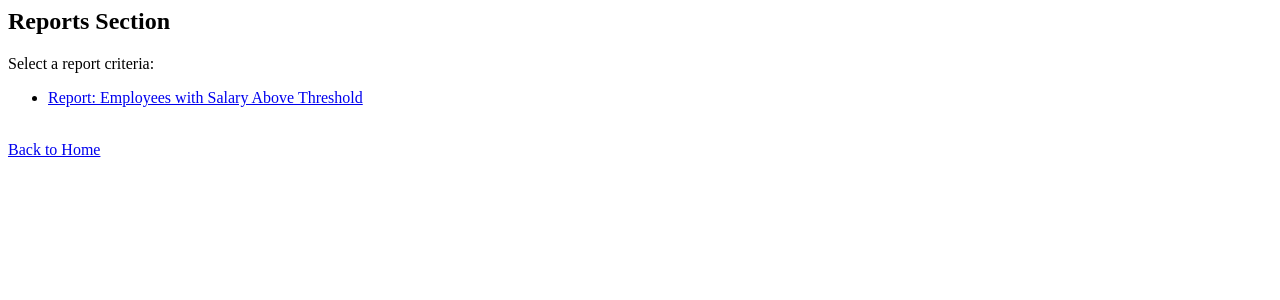
Repository: KUSUMA-74/Advance-JavaProject
Page: http://localhost/EmployeeWebApp/reports.jsp
An editor plug-in stored every save of this project. The page is shown before and after the next save, followed by the edit.
The browser window is 1280 px wide. The pictures show the whole page.
The page is served by Tomcat 9. Other server files are loaded and not shown.

Above is the page before, as saved 2025-05-30 06:31:09.

### EmployeeWebApp/src/main/webapp/reports.jsp
<%@ page language="java" contentType="text/html; charset=UTF-8" %>
<html>
<head><title>Employee Reports</title></head>
<body>
    <h2>Reports Section</h2>
    <p>Select a report criteria:</p>
    <ul>
        <li><a href="report_form.jsp">Report: Employees with Salary Above Threshold</a></li>
    </ul>
    <br>
    <a href="index.jsp">Back to Home</a>
</body>
</html>

After the next save:
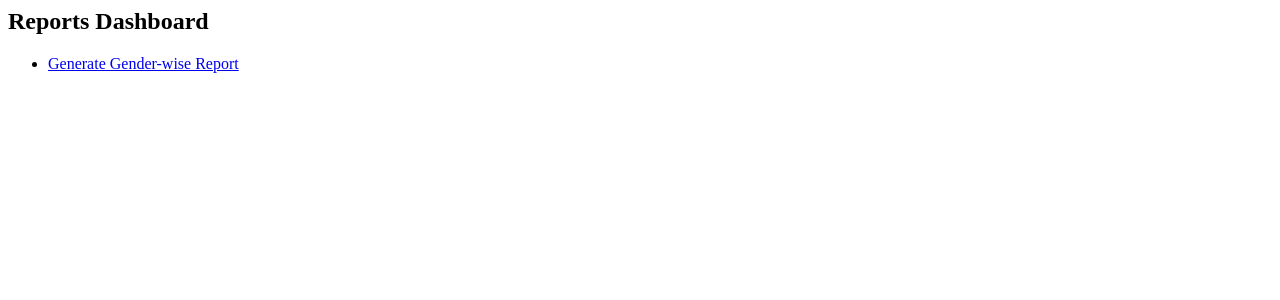
Saved 19 s later.
--- a/EmployeeWebApp/src/main/webapp/reports.jsp
+++ b/EmployeeWebApp/src/main/webapp/reports.jsp
@@ -1,13 +1,12 @@
-<%@ page language="java" contentType="text/html; charset=UTF-8" %>
+<%@ page contentType="text/html;charset=UTF-8" language="java" %>
 <html>
-<head><title>Employee Reports</title></head>
+<head>
+    <title>Reports Dashboard</title>
+</head>
 <body>
-    <h2>Reports Section</h2>
-    <p>Select a report criteria:</p>
-    <ul>
-        <li><a href="report_form.jsp">Report: Employees with Salary Above Threshold</a></li>
-    </ul>
-    <br>
-    <a href="index.jsp">Back to Home</a>
+<h2>Reports Dashboard</h2>
+<ul>
+    <li><a href="ReportCriteriaServlet">Generate Gender-wise Report</a></li>
+</ul>
 </body>
 </html>
